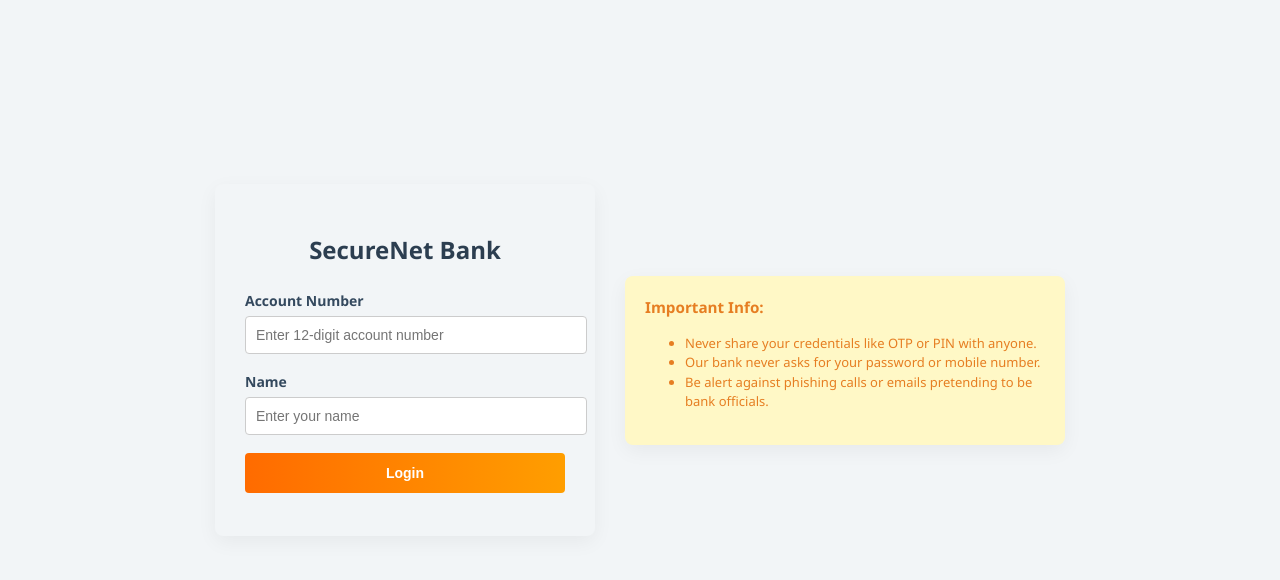
Repository: atharvthonge/Bank-Management-System
Page: http://localhost/login
These files come from the project's save history. The page is drawn as it stood at one moment and after the next save; the edit follows.
The browser window is 1280 px wide. The pictures show the whole page.
The page is this project's Thymeleaf template; nobody is signed in. The template is opened directly, without the code that normally fills it, so the values that code supplies are empty.

Above is the page before, as saved 2025-08-22 11:39:13.

After the next save:
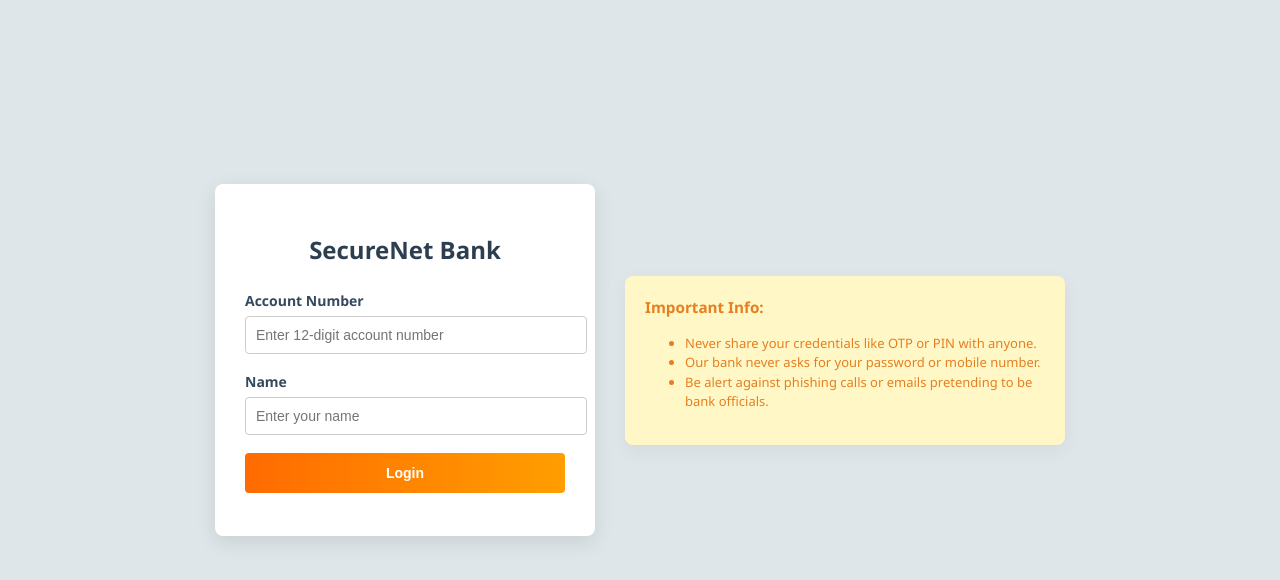
Saved 2 min 8 s later.
--- a/com.securenetbank/src/main/resources/templates/login.html
+++ b/com.securenetbank/src/main/resources/templates/login.html
@@ -6,7 +6,7 @@
         body {
             margin: 0;
             font-family: 'Segoe UI', Tahoma, Geneva, Verdana, sans-serif;
-            background-color: #f2f5f7; /* light gray background */
+            background-color: #dfe6e9; /* new background color, soft gray-blue */
         }
 
         .container {
@@ -18,11 +18,11 @@
         }
 
         .login-box {
-            background-color: #f2f5f7; /* match page background */
+            background-color: #ffffff; /* keep white */
             width: 320px;
             padding: 30px;
             border-radius: 8px;
-            box-shadow: 0 6px 20px rgba(0,0,0,0.05); /* softer shadow since bg matches page */
+            box-shadow: 0 6px 20px rgba(0,0,0,0.1);
         }
 
         .login-box h2 {
